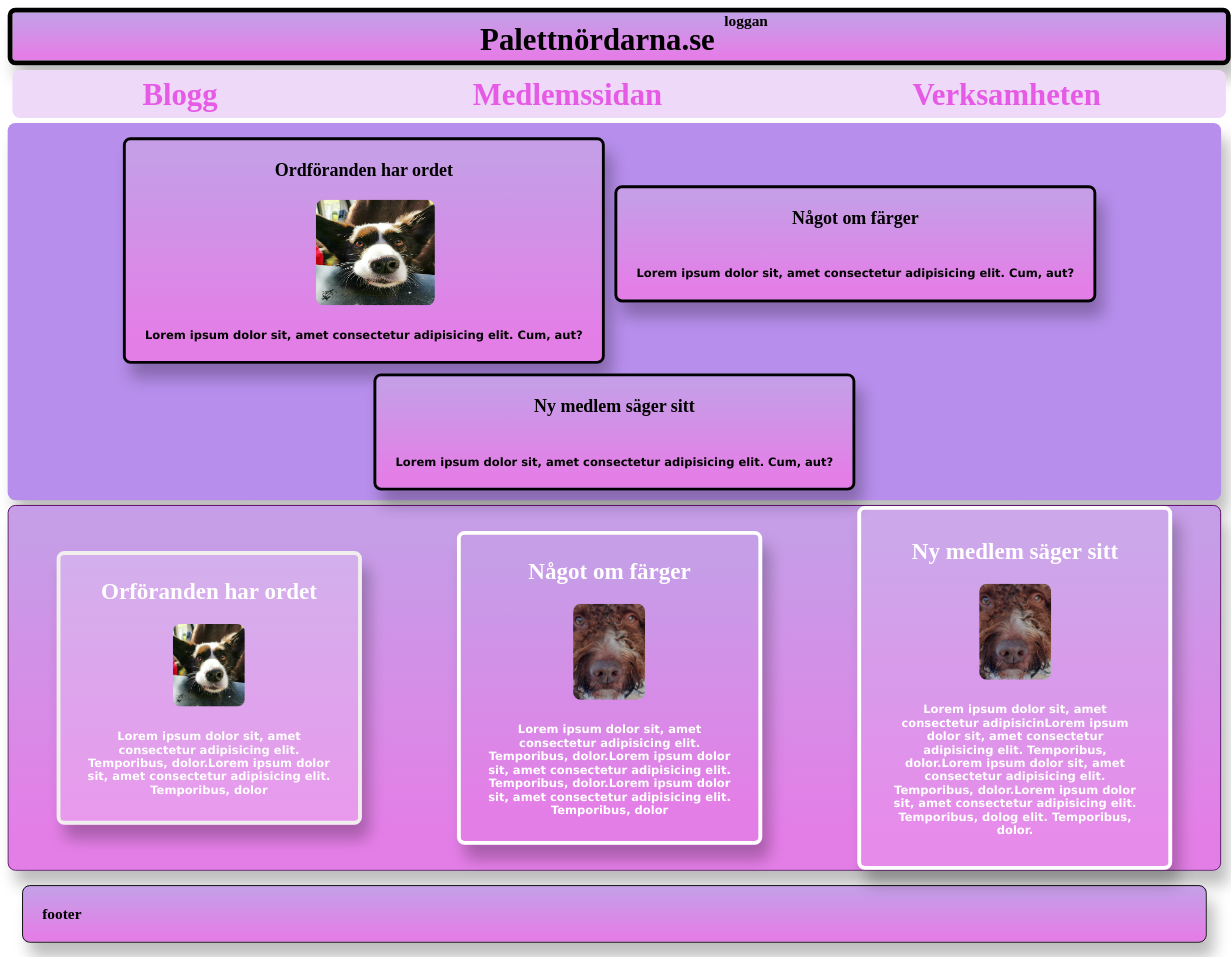
Repository: Webutveckling-20-21/lektion-3-CSS
Page: index.html
An editor plug-in stored every save of this project. The page is shown before and after the next save, followed by the edit.
The browser window is 1280 px wide. The page is 1282 px wide, so the pictures cover 1282 px, including what lies to the right of the window. The pictures show the whole page, at 96% of full size.
Some web fonts or font styles are not loaded; a fallback is used.

Above is the page before, as saved 2021-10-02 16:36:56.

### index.html
<!DOCTYPE html>
<html lang="en">

<head>
    <meta charset="UTF-8">
    <meta http-equiv="X-UA-Compatible" content="IE=edge">
    <meta name="viewport" content="width=device-width, initial-scale=1.0">
    <link rel="stylesheet" href="style.css">
    <title>lektion 3</title>
</head>

<body>
    <div class="header">
       <h1>Palettnördarna.se</h1>
       <div class="logo">
           loggan
       </div>

    </div>

    <ul class="navbar">

            <li class="nav-list"> <a href="index.html">Blogg</a></li>
            <li><a href="#">Medlemssidan</a></li>
            <li><a href="#">Verksamheten</a></li>

        </ul>

    <div class="main-center">

        <div class="article1">
            <h3>Ordföranden har ordet</h3>
            <img src="images/ord.jpg" class="thumbnail" height="110" width="110" alt="Bild på ordföranden">
            <p>Lorem ipsum dolor sit, amet consectetur adipisicing elit. Cum, aut?</p>
        </div>
        <div class="article2">
            <h3>Något om färger</h3>
            <p>Lorem ipsum dolor sit, amet consectetur adipisicing elit. Cum, aut?</p>
        </div>
        <div class="article3">
            <h3>Ny medlem säger sitt</h3>
            <p>Lorem ipsum dolor sit, amet consectetur adipisicing elit. Cum, aut?</p>
        </div>
    </div>
    <div class="box">
        <div class="blue">
            <h2>Orföranden har ordet</h2>
            <!-- <p>Lorem ipsum dolor sit amet consectetur adipisicing elit. Praesentium, laboriosam.Lorem ipsum dolor sit, amet consectetur adipisicing elit. Temporibus, dolor </p> -->
            <div class="images">
                <!-- <h2>Bilder</h2> -->
                <img src="images/ord.jpg" alt="bild">
                <p>Lorem ipsum dolor sit, amet consectetur adipisicing elit. Temporibus, dolor.Lorem ipsum dolor sit, amet consectetur adipisicing elit. Temporibus, dolor</p>
            </div>
        </div>
        <div class="green">
            <h2>Något om färger</h2>
            <!-- <p>Lorem ipsum dolor sit amet consectetur adipisicing elit. Praesentium, laboriosam. </p> -->
            <div class="images">
                <!-- <h2>Bilder</h2> -->
                <img src="images/olle.jpg" alt="bild">
                <p>Lorem ipsum dolor sit, amet consectetur adipisicing elit. Temporibus, dolor.Lorem ipsum dolor sit, amet consectetur adipisicing elit. Temporibus, dolor.Lorem ipsum dolor sit, amet consectetur adipisicing elit. Temporibus, dolor</p>
            </div>
        </div>
        <div class="red">
            <h2>Ny medlem säger sitt</h2>
            <!-- <div><p>Lorem ipsum dolor sit amet consectetur adipisicing elit. Praesentium, laboriosam.</p> -->
                <div class="images">
                <!---<h2>Bilder</h2>------>
                    <img src="images/olle.jpg" alt="bild">
                    <p>Lorem ipsum dolor sit, amet consectetur adipisicinLorem ipsum dolor sit, amet consectetur adipisicing elit. Temporibus, dolor.Lorem ipsum dolor sit, amet consectetur adipisicing elit. Temporibus, dolor.Lorem ipsum dolor sit, amet consectetur adipisicing elit. Temporibus, dolog elit. Temporibus, dolor.</p>
                </div>
            </div>
        </div>
    </div>
</body>
<div class="footer-place"> footer</div>





</html>

### style.css
@import url('https://fonts.googleapis.com/css2?family=Grechen+Fuemen&display=swap');

body {
    font-family: 'Grechen Fuemen', cursive;
    font-weight: bolder;
}
.header{
    display:flex;
    width: 100%;
    height:50px;
    border:5px solid black;
    background: linear-gradient(to bottom, #c69de7 10%, #e47ee7 90%);
    box-shadow: 7.6px 15.2px 15.2px hsl(0deg 0% 0% / 0.26);
    border-radius:8px;
    justify-content: center;
}
.header h1 {
    margin:10px;
}

.navbar {
    width: 100%;
    height: 50px;
    display: flex;
    align-items: center;
    justify-content: space-around;
    background-color: #eed9f8;
    margin: 5px;
    border-radius:8px;
}

ul {

    list-style-type: none;
    display: flex;
    margin: 0;
    padding: 0;
    overflow: hidden;
}

.nav-list {
    margin: 5px;
}

a {
    text-decoration: none;
    font-size: 2rem;
    color:rgb(230, 90, 230);

}

a:hover {
    color:rgb(53, 5, 53);
}
.thumbnail:hover {
    position:relative;
    top:-20px;
    left:-30px;
    width:500px;
    height:auto;
    display:block;
    z-index:999;
}
/* <img src="[your hosted image URL]" class="thumbnail" height="100" width="100" />  */



.box {
    background: linear-gradient(to bottom, #c69de7 10%, #e47ee7 90%);
    /* height:200px; */
    display: flex;
    max-width: 100%;
    align-items: center;
    justify-content: center;
    border: 1px solid rgb(86, 5, 102);
    border-radius: 8px;
    flex-wrap: wrap;
    justify-content: center;
    /* opacity: 0.5; */
    box-shadow: 7.6px 15.2px 15.2px hsl(0deg 0% 0% / 0.26);
}

.blue {

   /* background: linear-gradient(to bottom, #c69de7 10%, #e47ee7 90%);*/
    max-width: 300px;
    background-color:rgba(255,255,255,0.2) ;
    margin: auto;
    border: 4px solid rgb(241, 238, 238);
    color: white;
    text-align: center;
    border-radius: 8px;
    justify-content: center;
    padding: 5px;
    box-shadow: 7.6px 15.2px 15.2px hsl(0deg 0% 0% / 0.26);


}

.green {

    background: linear-gradient(to bottom, #c69de7 10%, #e47ee7 90%);
    max-width: 300px;
    margin: auto;
    border: 4px solid white;
    color: white;
    text-align: center;
    border-radius: 8px;
    justify-content: center;
    padding: 5px;
    box-shadow: 7.6px 15.2px 15.2px hsl(0deg 0% 0% / 0.26);


}

.red {

    /*background: linear-gradient(to bottom, #c69de7 10%, #e47ee7 90%);*/
    max-width: 300px;
    margin: auto;
    color: white;
    text-align: center;
    border: 4px solid white;
    background:rgba(255,255,255,0.1);

    border-radius: 8px;
    justify-content: center;
    padding: 10px;
    box-shadow: 7.6px 15.2px 15.2px hsl(0deg 0% 0% / 0.26);

}

img {
    width: 25%;
    border-radius: 8px;
    max-width: 300px;
    margin: auto;
}

h2 {
    justify-content: center;
}

.main-center h3 {
    justify-content: center;
}
p{
    font-size: 0.75rem;
}

.main-center {
    display: flex;
    flex-direction: row;
    flex-wrap: wrap;
    /* border: 1px solid black; */
    border-radius: 8px;
    align-items: center;
    justify-content: center;
    background-color: rgb(183, 142, 236);
    box-shadow: 7.6px 15.2px 15.2px hsl(0deg 0% 0% / 0.26);
    margin-bottom: 5px;
}

.article1{
    margin-top:15px;
    border: 3px solid black;
    border-radius: 8px;
    justify-content: center;
    align-items: center;
    background: linear-gradient(to bottom, #c69de7 10%, #e47ee7 90%);
    box-shadow: 7.6px 15.2px 15.2px hsl(0deg 0% 0% / 0.26);

}
.article1 img {
    border-radius: 8px;
    margin-left: 40% ;
    margin-right: -50% ;

}

.article2 {
    margin: 10px;
    border: 3px solid black;
    justify-content: center;
    align-items: center;
    border-radius:8px;

    box-shadow: 7.6px 15.2px 15.2px hsl(0deg 0% 0% / 0.26);
    background: linear-gradient(to bottom, #c69de7 10%, #e47ee7 90%);

}

.article3 {
    margin: 10px;
    border: 3px solid black;
    justify-content: center;
    align-items: center;
    border-radius: 8px;
    background: linear-gradient(to bottom, #c69de7 10%, #e47ee7 90%);
    box-shadow: 7.6px 15.2px 15.2px hsl(0deg 0% 0% / 0.26);
}

h3 {
    margin: auto;
}

p {
    text-align: center;
    margin: 10px;
    padding: 10px;
    font-family: 'Lucida Sans', 'Lucida Sans Regular', 'Lucida Grande', 'Lucida Sans Unicode', Geneva, Verdana, sans-serif;

}

h3 {
    padding: 20px;
    text-align: center;
}

.footer-place {
    padding: 20px;
    margin: 15px;
    border: 1px solid black;
    background: linear-gradient(to bottom, #c69de7 10%, #e47ee7 90%);
    box-shadow: 7.6px 15.2px 15.2px hsl(0deg 0% 0% / 0.26);
    border-radius: 8px;
}

After the next save:
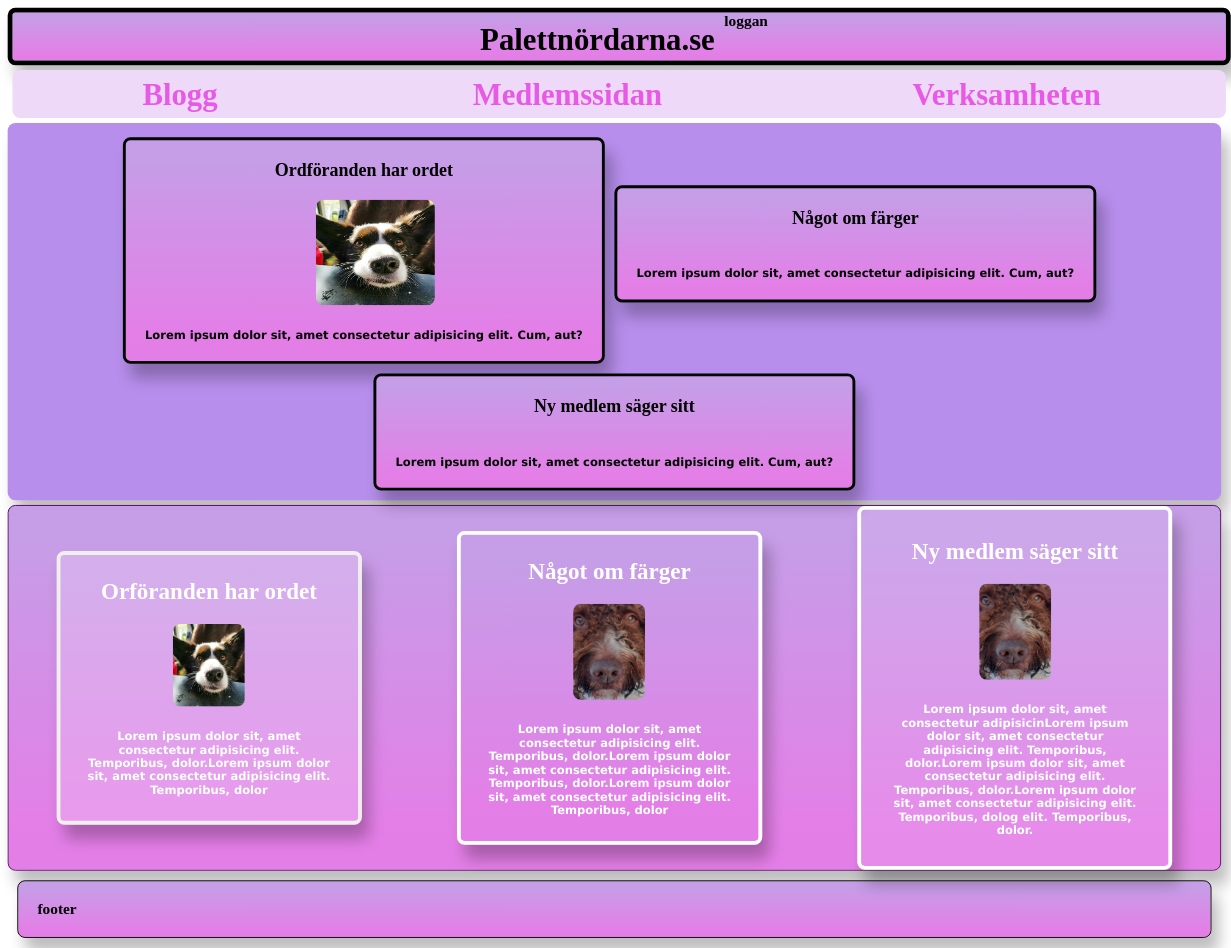
Saved 14 s later.
--- a/style.css
+++ b/style.css
@@ -219,7 +219,7 @@ h3 {
 
 .footer-place {
     padding: 20px;
-    margin: 15px;
+    margin: 10px;
     border: 1px solid black;
     background: linear-gradient(to bottom, #c69de7 10%, #e47ee7 90%);
     box-shadow: 7.6px 15.2px 15.2px hsl(0deg 0% 0% / 0.26);
